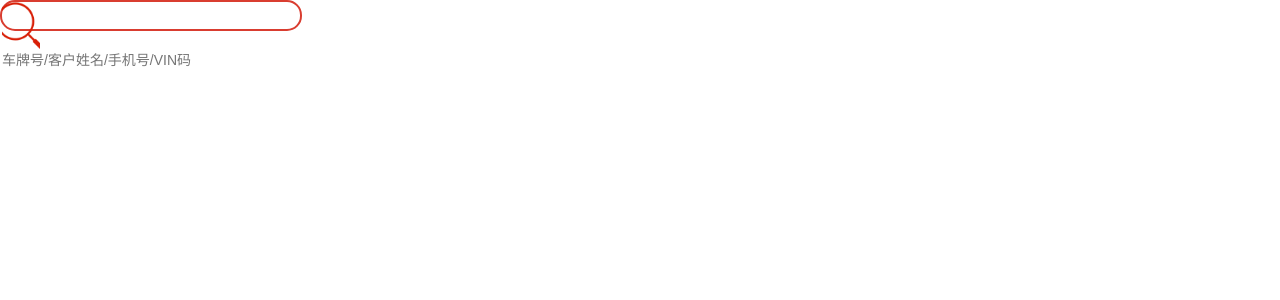
Repository: family-car/car
Page: deliverTask.html
The author's editor kept a copy of each file at every save. The page is drawn from the files as they stood at one save, then again after a run of saves.
The browser window is 1280 px wide. The pictures show the whole page.

Above is the page before, as saved 2020-05-12 10:38:55.
Not found: src/js/entry/deliverTask.js

After the next 2 saves:
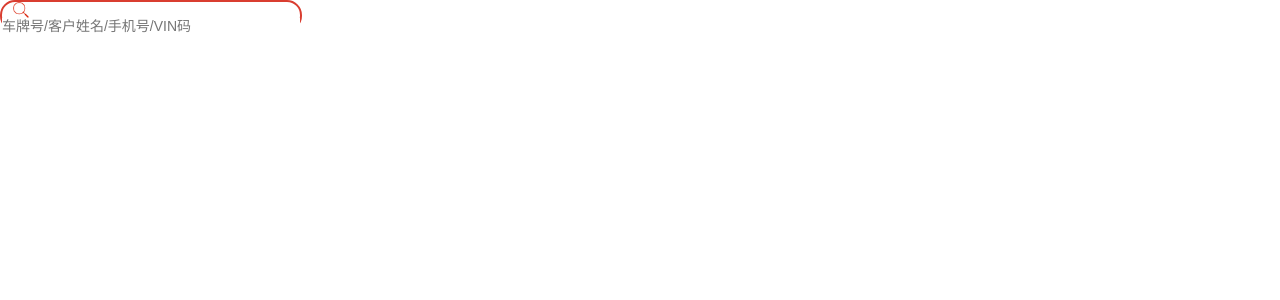
The 2 saves are shown as one change because they came seconds apart.
The last was saved 22 s later.
--- a/src/css/app/deliverTask.css
+++ b/src/css/app/deliverTask.css
@@ -10,7 +10,9 @@
 .searchInput span{
     display: block;
     width: 38px;
-    overflow: hidden;
+}
+.searchInput span img{
+   width: 16px;
 }
 .searchInput input{
     width: 100%;
